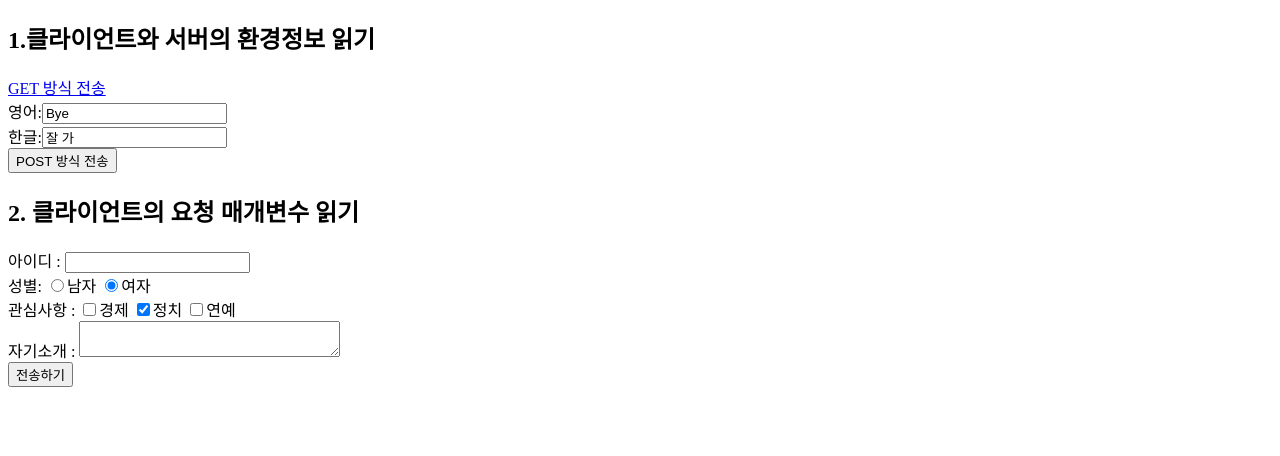
Repository: khs09/JSP_servelet
Page: http://localhost/MustHaveJSP/02ImplicitObject/RequestMain.jsp
The author's editor kept a copy of each file at every save. The page is drawn from the files as they stood at one save, then again after the next save.
The browser window is 1280 px wide. The pictures show the whole page.
The page is served by Tomcat 10. Other server files are loaded and not shown.

Above is the page before, as saved 2025-05-02 05:58:43.

### MustHaveJSP/src/main/webapp/02ImplicitObject/RequestMain.jsp
<%@ page language="java" contentType="text/html; charset=UTF-8"
    pageEncoding="UTF-8"%>
<!DOCTYPE html>
<html>
<head>
<meta charset="UTF-8">
<title>내장 객체 - request</title>
</head>
<body>
	<h2>1.클라이언트와 서버의 환경정보 읽기</h2>
	<a href="./RequestWebInfo.jsp?eng=Hello&han=얀녕">
	  GET 방식 전송
	</a>
	<br />
	<form action="RequestWebInfo.jsp" method="post">
		영어:<input type="text" name="eng" value="Bye"/><br/>
		한글:<input type="text" name="han" value="잘 가"/><br/>
		<input type="submit" value="POST 방식 전송"/>
		</form>

	<h2>2. 클라이언트의 요청 매개변수 읽기</h2>
	<form method= "post" action= "RequestParameter.jsp">
		아이디 : <input type="text" name="id" value="" /><br/>
		성별:
		<input type="radio" name="sex" value="man" />남자
		<input type="radio" name="sex" value="woman" checked="checked" />여자
		<br />
		관심사항 :
		<input type="checkbox" name="favo" value="eco"/>경제
		<input type="checkbox" name="favo" value="pol" checked="checked"/>정치
		<input type="checkbox" name="favo" value="ent"/>연예<br/>
		자기소개 :
		<textarea name= "intro" cols="30" row="4"></textarea>
		<br/>
		<input type= "submit" value="전송하기"/>
	</form>
</body>
</html>

After the next save:
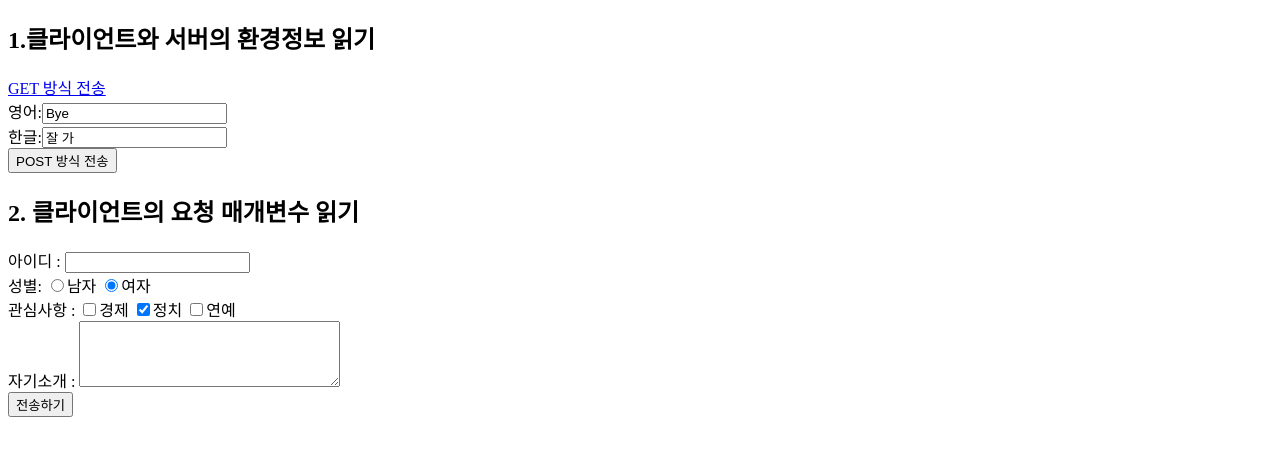
Saved 6 s later.
--- a/MustHaveJSP/src/main/webapp/02ImplicitObject/RequestMain.jsp
+++ b/MustHaveJSP/src/main/webapp/02ImplicitObject/RequestMain.jsp
@@ -30,7 +30,7 @@
 		<input type="checkbox" name="favo" value="pol" checked="checked"/>정치
 		<input type="checkbox" name="favo" value="ent"/>연예<br/>
 		자기소개 :
-		<textarea name= "intro" cols="30" row="4"></textarea>
+		<textarea name= "intro" cols="30" rows="4"></textarea>
 		<br/>
 		<input type= "submit" value="전송하기"/>
 	</form>
